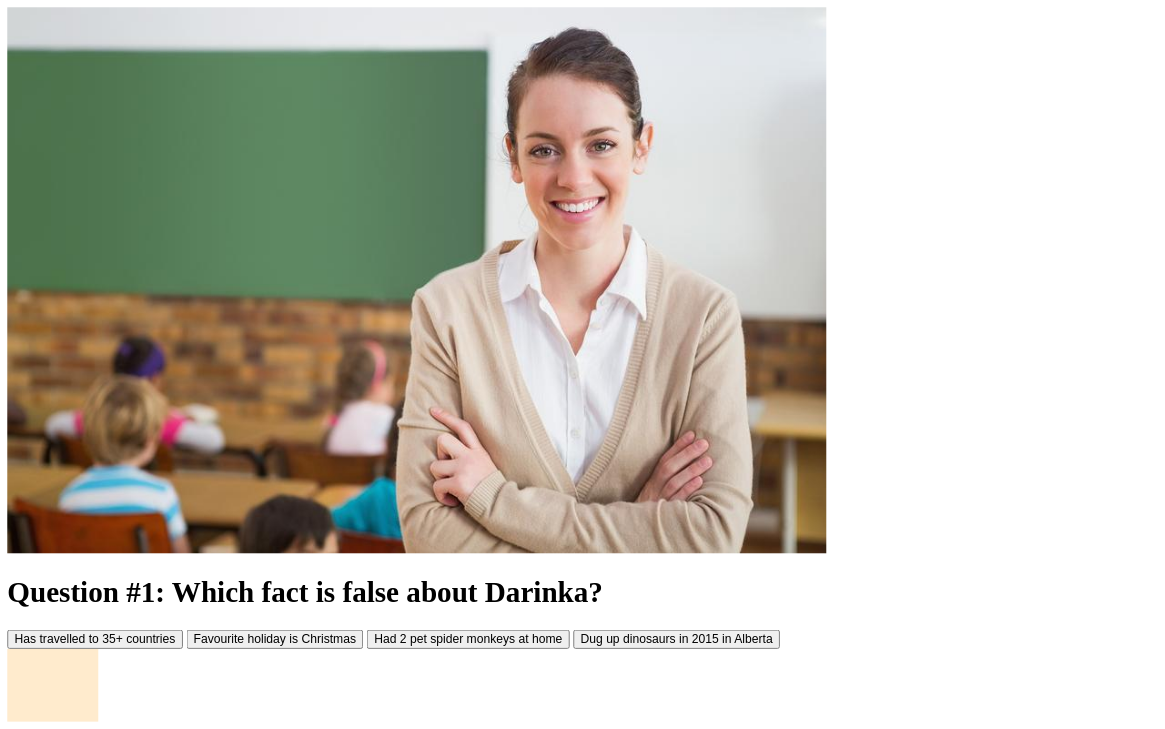
Repository: RenataDzotova/Trivia-BCIT
Page: http://localhost/q1
An editor plug-in stored every save of this project. The page is shown before and after a run of saves, followed by the edit.
The browser window is 1280 px wide. The pictures show the whole page, at 91% of full size.
The page is served by the project's Node server (index.js).

Above is the page before, as saved 2022-11-02 17:56:23.

After the next 3 saves:
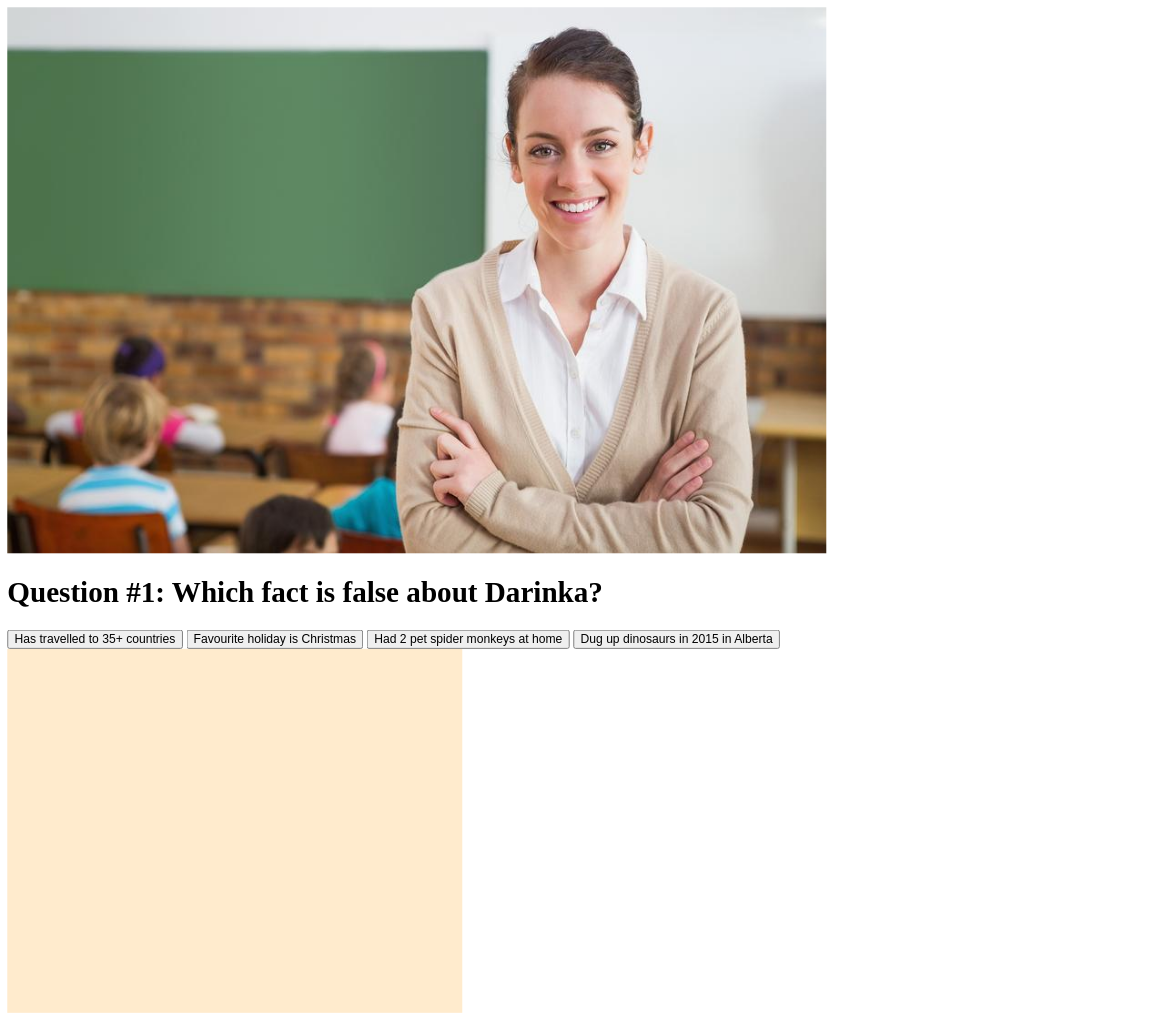
The 3 saves are shown as one change because they came seconds apart.
The last was saved 33 s later.
--- a/views/questionOne.html
+++ b/views/questionOne.html
@@ -8,8 +8,8 @@
     <title>Document</title>
     <style>
         div{
-            width: 100px;
-            height: 80px;
+            width: 500px;
+            height: 400px;
             background-color: blanchedalmond;
         }
     </style>
